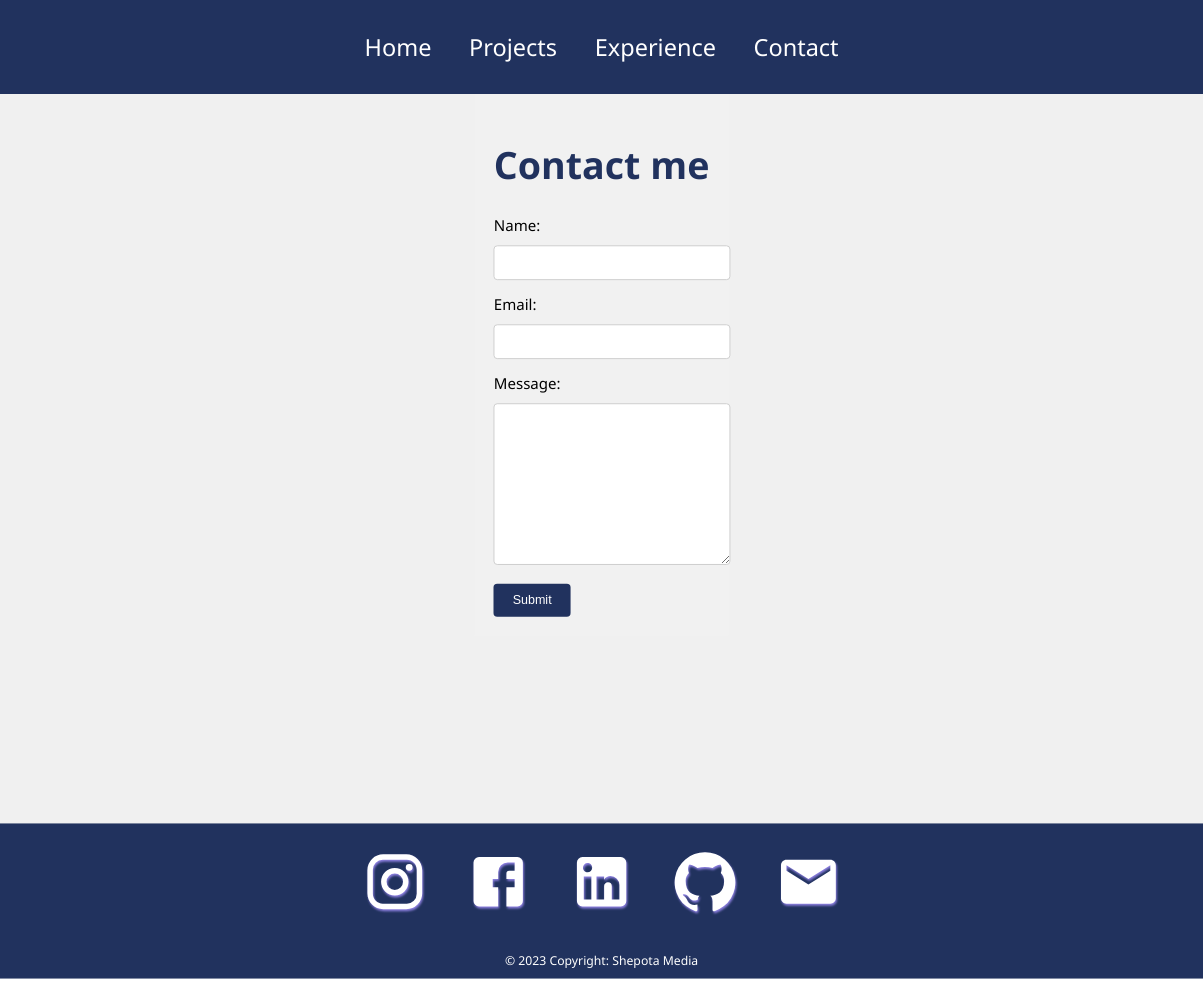
Repository: LolaSL/react-portfolio
Page: /contact
These files come from the project's save history. The page is drawn as it stood at one moment and after the next save; the edit follows.
The browser window is 1280 px wide. The pictures show the whole page, at 94% of full size.
The project was rebuilt for these pictures with package versions that can differ from the ones it lists, and the page was loaded fresh each time. Also part of the build but not shown: src/pages/Home/Style.css, src/pages/Home/Home.jsx, src/components/ProjectItem/ProjectItem.jsx, src/helpers/ProjectList.js, src/pages/Projects/Style.css, src/pages/Projects/Projects.jsx, src/pages/Experience/Style.css, src/pages/Experience/Experience.jsx and 1 more.

Above is the page before, as saved 2023-07-02 09:44:56.

After the next save:
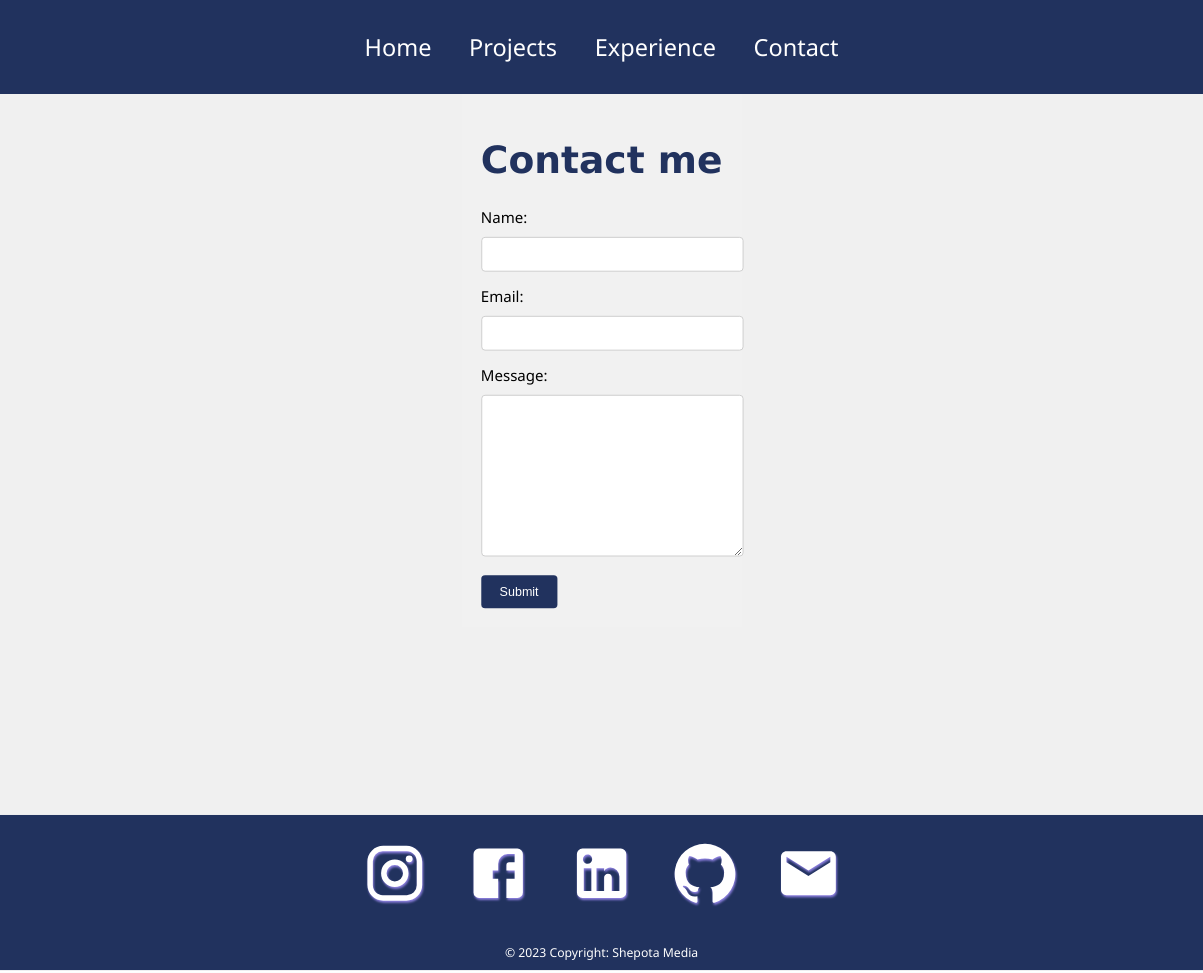
Saved 7 s later.
--- a/src/pages/Contact/Style.css
+++ b/src/pages/Contact/Style.css
@@ -7,7 +7,7 @@
   .contact-form h1{
     font-size: 40px;
     color:  #21325e;
-    font-family: ;
+    font-family: Verdana, Geneva, Tahoma, sans-serif;
   }
   .contact-form label {
     display: block;
